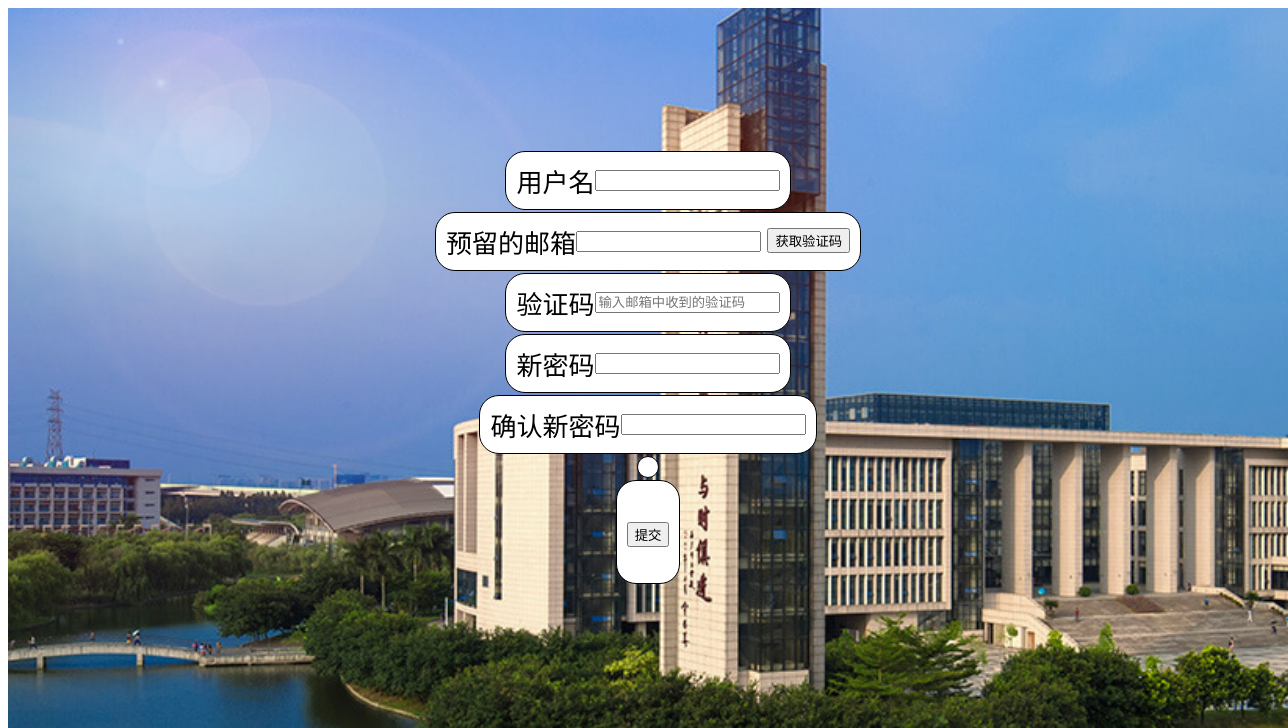
Repository: IAmJiangWenHao/ReportServer
Page: demo.html
An editor plug-in stored every save of this project. The page is shown before and after the next save, followed by the edit.
The browser window is 1280 px wide. The page is 1288 px wide, so the pictures cover 1288 px, including what lies to the right of the window. The pictures show the whole page.

Above is the page before, as saved 2023-05-16 12:37:19.

### demo.html

<!DOCTYPE html>
<html>
  <head>
    <meta http-equiv="Content-Type" content="text/html; charset=UTF-8">
    <title>忘记密码</title>
  </head>
  <body>
    <style>
          .mybody {
      height: 100%;
      width: 100%;
      position: absolute;
      background-image: url('./web/img/gzdx-bg.jpg');
      background-size: cover;
      background-position: center;

    }

    form {
      height: 100%;
      display: flex;
      justify-content: center;
      align-items: center;
      flex-direction: column;
    }

    form .hang {
      border: 1px solid black;
      margin-bottom: 2px;
      display: flex;
      border-radius: 20px;
      width: auto;
      height: auto;
      padding: 10px;
      font-size: 26px;
      background-color: #fff;
      position: relative;
      justify-content: space-between
    }
    table tbody tr td a{
      color: #000;
      text-decoration:none;
    }
    table tbody tr td input{
      border: 0;
      background-color: #fff;
    }
    </style>

    <div class="mybody">
      <form action="forgetPass.do" method="post" name="form1" onSubmit="return Check()">

        <div class="hang">用户名 <div id="old"><input type="text" name="username" ></div></div>
        <div class="hang">预留的邮箱 <div id="email"><input type="text" name="email" onblur=isEmail(this.value)> <input type="button" id="button" value="获取验证码"></div></div>
        <div class="hang">验证码<div id="emailcode"><input type="text" name="emailCheckcode"  placeholder="输入邮箱中收到的验证码"/></div></div>
        <div class="hang">新密码 <div id="new"><input type="password" id="idnewpass" name="newpass" ><div id="info_newpass" style="color: #ff0000;display:inline;"></div></div></div>
        <div class="hang">确认新密码 <div id="comfirm"><input type="password" id="idconfirmpass" name="confirmpass"></div></div>
        <div class="hang"><input type="hidden" name="index" value="${index}"/></div>
        <div class="hang"><p><input type="submit" id="submit" value="提交"></div>
      </form>
    </div>
    <script>
      //const newpass = document.getElementsByTagName("input")[1];
      const email = document.getElementsByTagName("input")[1];
      function isEmail(strEmail) {
        if (strEmail.search(/^\w+((-\w+)|(\.\w+))*\@[A-Za-z0-9]+((\.|-)[A-Za-z0-9]+)*\.[A-Za-z0-9]+$/) != -1)
          return true;
        else
          alert(email.value + "邮箱格式错误");
      }
      function getAppPath() {
        //获取当前URL
        var curURL = window.document.location.href;
        //获取主机地址之后的路径部分（就是文件地址）
        var pathName = window.document.location.pathname;
        var pos = curURL.indexOf(pathName);
        //获取应用地址
        var host = curURL.substring(0, pos);
        //获取带"/"的应用名，如：/***
        var webAppName = pathName.substring(0, pathName.substr(1).indexOf('/') + 1);
        return host + webAppName;
      }
      //获取button
      const btn = document.getElementById("button");
      //const result=document.getElementById("result");
      //绑定按钮的 click 事件
      btn.onclick = function () {
        if (!isEmail(email.value))
          return false;
        btn.disabled = true;//禁用按钮
        setBTN();
        //1.创建请求对象
        const xhr = new XMLHttpRequest();
        //2.设置请求方法和URL
        xhr.open("post", getAppPath() + "/EmailCheckcodeServlet?email=" + email.value, true);
        //3.发送
        xhr.send();
        //4. 绑定事件 处理服务端返回的结果
        //readystate 是xhr的一个属性，状态 0 1 2 3 4
        xhr.onreadystatechange = function () {
          // 如果服务器端返回了所有的结果
          if (xhr.readyState === 4) {
            //判断响应码 2XX 表示成功
            if (xhr.status >= 200 && xhr.status <= 300) {
              //处理结果
              console.log(xhr.status);//状态码
              console.log(xhr.statusText);//状态字符串
              console.log(xhr.getAllResponseHeaders());//响应头
              console.log(xhr.response);//响应体
              //设置 result 显示的文本内容
              //result.innerHTML=xhr.response;
            } else {
            }
          }
        };
      };
      //修改按钮，控制验证码重新获取
      var time0 = 20;
      var time = time0;
      var t;  // 验证按钮的20s计时
      //修改按钮，控制验证码重新获取
      function changeBTN() {
        if (time > 0) {
          btn.value = "(" + time + "s)" + "重新获取";
          time = time - 1;
        } else {
          btn.disabled = false;
          btn.value = "获取验证码";
          clearInterval(t);
          time = time0;
        }
      }
      function setBTN() {
        btn.value = "(" + time + "s)" + "重新获取";
        time = time - 1;
        t = setInterval("changeBTN()", 1000);  // 1s调用一次
      }

    </script>

    <script>
      const info_newpass = document.getElementById("info_newpass");
      const info_confirm = document.getElementById("info_confirm");
      const newpass = document.getElementById("idnewpass");
      const confirmpass = document.getElementById("idconfirmpass");
      newpass.onfocus = function () {
        info_newpass.innerHTML = "长度6-8位";
      }
      confirmpass.onchange = function () {
        if (confirmpass.value == newpass.value && newpass.value.length >= 4)
          info_confirm.innerHTML = "ok";
        else
        {
          info_confirm.innerHTML = "输入不匹配";
          confirmpass.focus();
        }
      }
      function Check()
      {
        for (var i = 0; i < document.form1.elements.length - 1; i++)
        {
          if (document.form1.elements[i].value == "")
          {
            alert("不允许空！");
            document.form1.elements[i].focus();
            return false;
          }
        }
        if (newpass.value.length < 6)
        {
          alert("密码长度不足！");
          document.getElementsByTagName("input")[1].focus();
          return false;
        }
       // alert(confirmpass.value)
        if (confirmpass.value != newpass.value)
        {
          alert("两次输入不匹配！");
          document.getElementsByTagName("input")[2].focus();
          return false;
        }
        return true;
      }
    </script>
  </body>
</html>

After the next save:
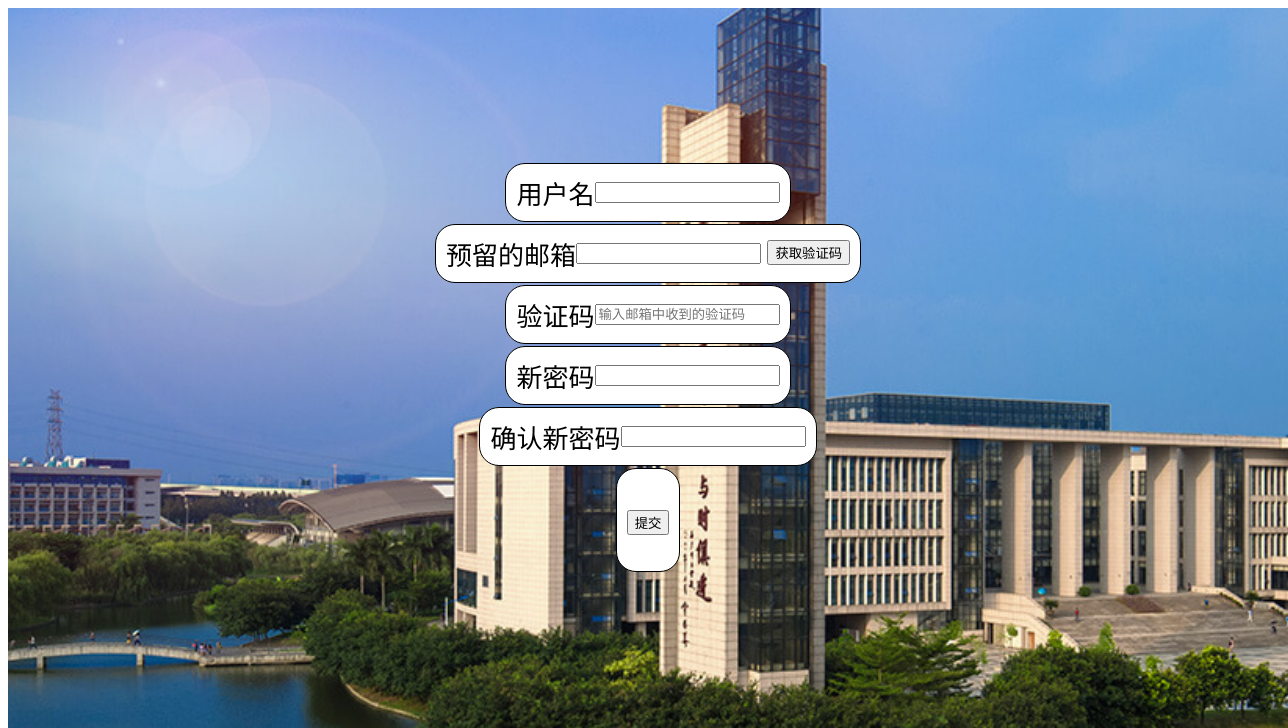
Saved 52 s later.
--- a/demo.html
+++ b/demo.html
@@ -55,8 +55,8 @@
         <div class="hang">预留的邮箱 <div id="email"><input type="text" name="email" onblur=isEmail(this.value)> <input type="button" id="button" value="获取验证码"></div></div>
         <div class="hang">验证码<div id="emailcode"><input type="text" name="emailCheckcode"  placeholder="输入邮箱中收到的验证码"/></div></div>
         <div class="hang">新密码 <div id="new"><input type="password" id="idnewpass" name="newpass" ><div id="info_newpass" style="color: #ff0000;display:inline;"></div></div></div>
-        <div class="hang">确认新密码 <div id="comfirm"><input type="password" id="idconfirmpass" name="confirmpass"></div></div>
-        <div class="hang"><input type="hidden" name="index" value="${index}"/></div>
+        <div class="hang">确认新密码 <div id="comfirm"><input type="password" id="idconfirmpass" name="confirmpass"></div>
+<input type="hidden" name="index" value="${index}"/></div>
         <div class="hang"><p><input type="submit" id="submit" value="提交"></div>
       </form>
     </div>
